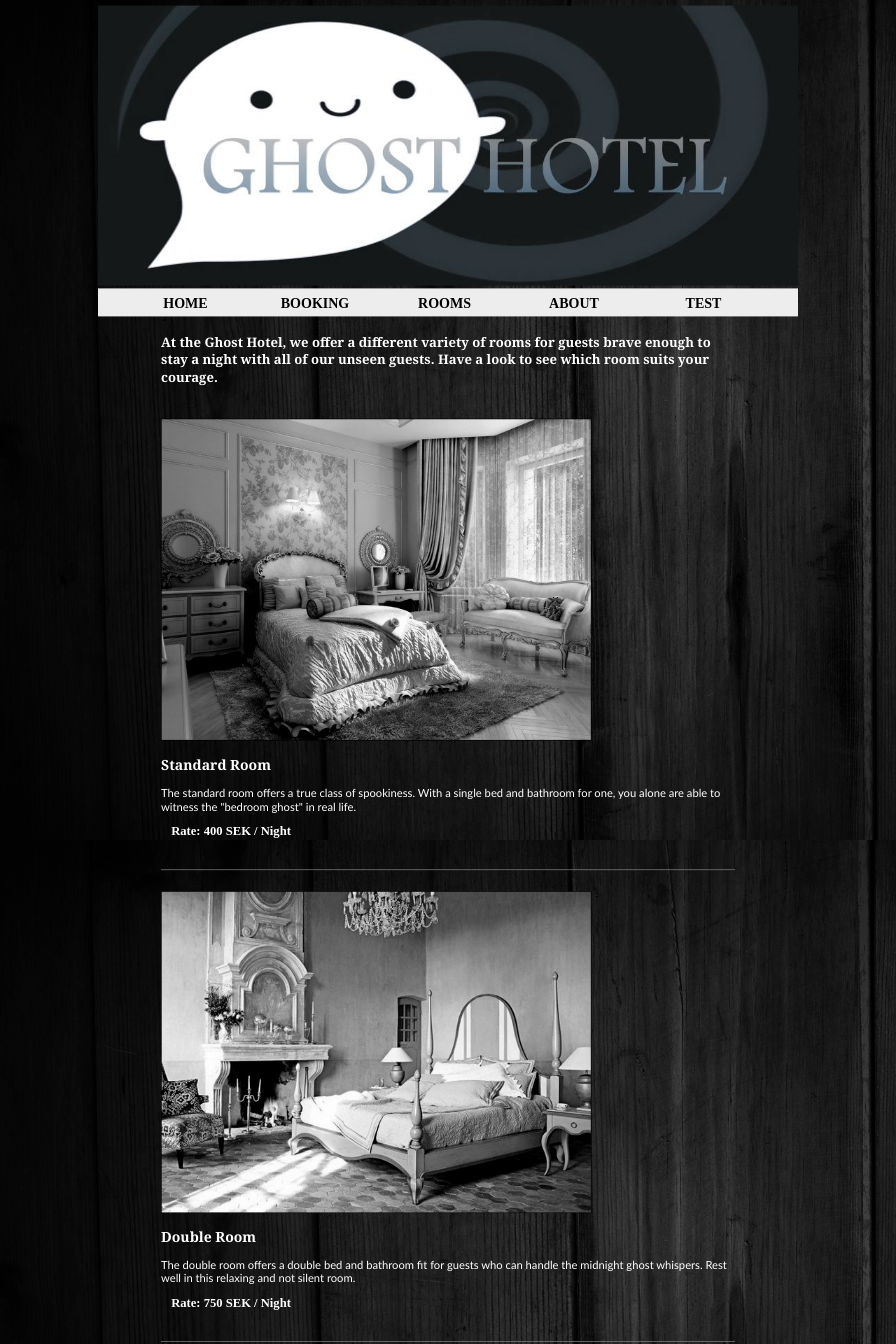
Repository: shelleylv/planb
Page: Client2/WebContent/Rooms.html
The author's editor kept a copy of each file at every save. The page is drawn from the files as they stood at one save, then again after the next save.
The browser window is 1280 px wide. The pictures show the part of the page from y = 0 to 1920 px (the page is 2736 px tall before and 2710 px after), at 70% of full size.
Backgrounds fixed to the window are drawn as part of the page.

Above is the page before, as saved 2015-04-05 18:59:09.

After the next save:
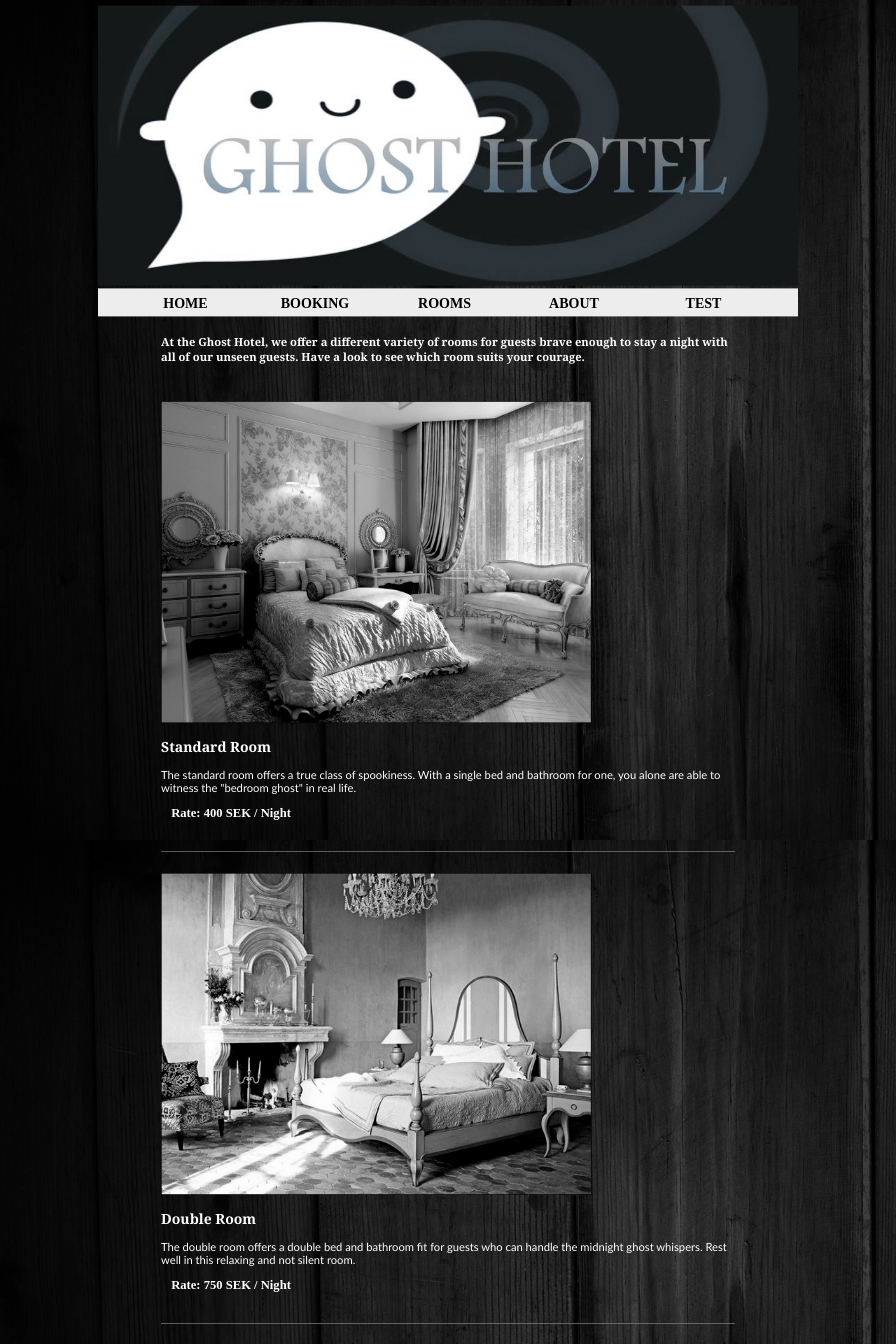
Saved 33 s later.
--- a/Client2/WebContent/Rooms.html
+++ b/Client2/WebContent/Rooms.html
@@ -32,7 +32,7 @@
 				<div id="roompage">
 					<div>
 						<div id="roombox">
-							<h3> At the Ghost Hotel, we offer a different variety of rooms for guests brave enough to stay a night with all of our unseen guests. Have a look to see which room suits your courage.</h3>
+							<h4> At the Ghost Hotel, we offer a different variety of rooms for guests brave enough to stay a night with all of our unseen guests. Have a look to see which room suits your courage.</h4>
 							<ul id="rooms">
 								<li>
 									<img src="bilder/standardroom.jpg" alt="Img">
--- a/Client2/WebContent/css/style.css
+++ b/Client2/WebContent/css/style.css
@@ -276,7 +276,7 @@
 	color: white;
 }
 
-#roombox h3{
+#roombox h4{
 	color: white;
 	font-family: Georgia, Times New Roman;
 
